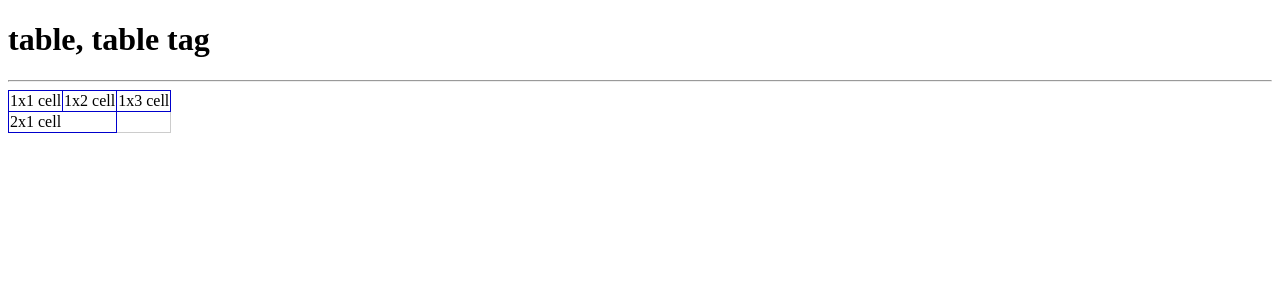
Repository: jihoonys82/weblec
Page: Front/WebContent/Ex01_HTML_tag/tagEx_07.html
An editor plug-in stored every save of this project. The page is shown before and after the next save, followed by the edit.
The browser window is 1280 px wide. The pictures show the whole page.

Above is the page before, as saved 2018-07-23 11:51:22.

### Front/WebContent/Ex01_HTML_tag/tagEx_07.html
<!DOCTYPE html>
<html>
<head>
<meta charset="UTF-8">
<title>Insert title here</title>

<style type="text/css"> /* stylesheet, CSS */
table { /* Table outside square */
	border: 1px solid #ccc;

	/* 테두리 겹치는 부분을 하나로 */
	border-collapse: collapse;
}

th, td { /* each table data cell */
	border: 1px solid #00C;
 }

</style>

</head>
<body>

<div>
	<h1>table, table tag</h1>
	<hr>

	<table>
		<tr>
			<td>1x1 cell</td>
			<td>1x2 cell</td>
			<td rowsapn='2'>1x3 cell</td>
		</tr>
		<tr>
			<td colspan='2'>2x1 cell</td>
<!-- 			<td>2x2 cell</td> -->
		</tr>
	</table>



</div>
</body>
</html>

After the next save:
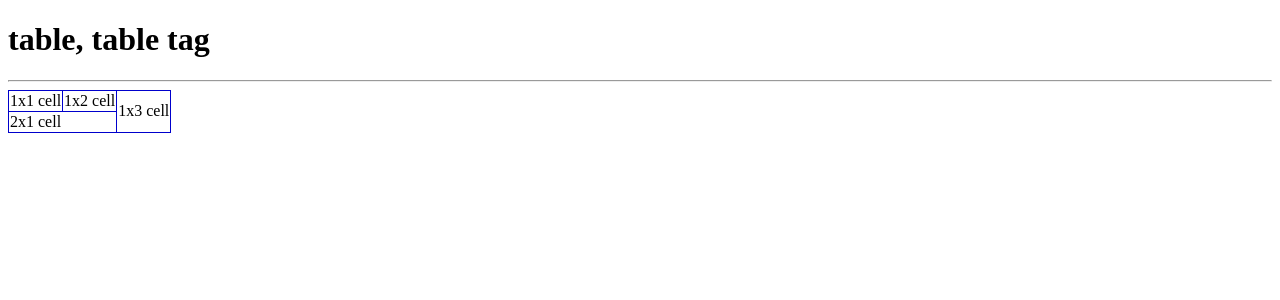
Saved 8 s later.
--- a/Front/WebContent/Ex01_HTML_tag/tagEx_07.html
+++ b/Front/WebContent/Ex01_HTML_tag/tagEx_07.html
@@ -29,7 +29,7 @@ th, td { /* each table data cell */
 		<tr>
 			<td>1x1 cell</td>
 			<td>1x2 cell</td>
-			<td rowsapn='2'>1x3 cell</td>
+			<td rowspan='2'>1x3 cell</td>
 		</tr>
 		<tr>
 			<td colspan='2'>2x1 cell</td>
